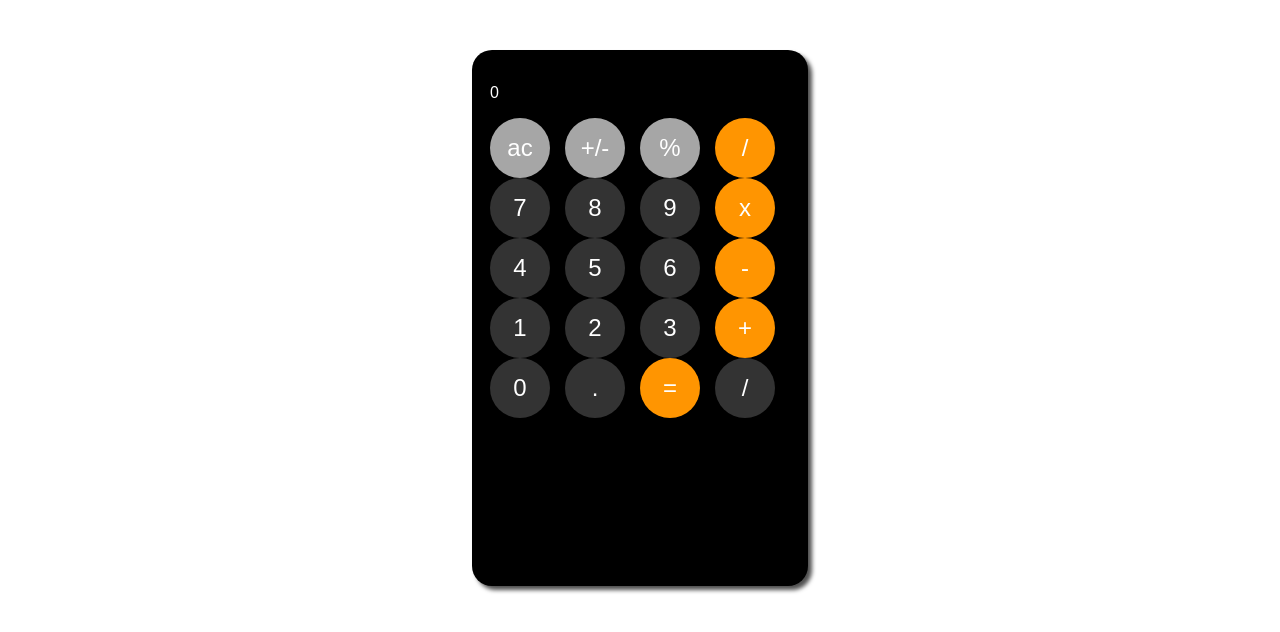
Repository: batonAnton/iphoneCalculator
Page: index.html
The author's editor kept a copy of each file at every save. The page is drawn from the files as they stood at one save, then again after the next save.
The browser window is 1280 px wide. The pictures show the whole page.

Above is the page before, as saved 2022-03-09 18:28:35.

After the next save:
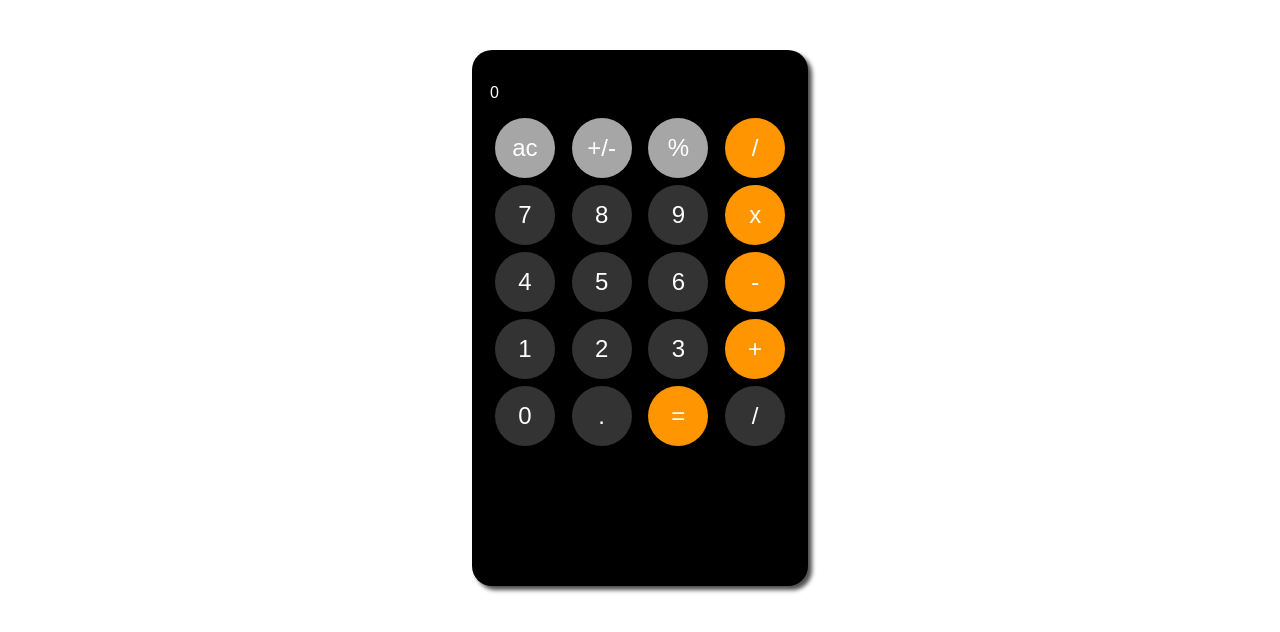
Saved 6 min 24 s later.
--- a/style.css
+++ b/style.css
@@ -26,6 +26,8 @@ white #fdfdfd
     "four five six minus"
     "one two three plus"
     "zero zero  dot equal";
+  grid-gap: 7px;
+  justify-items: center;
 }
 .btn {
   width: 60px;
